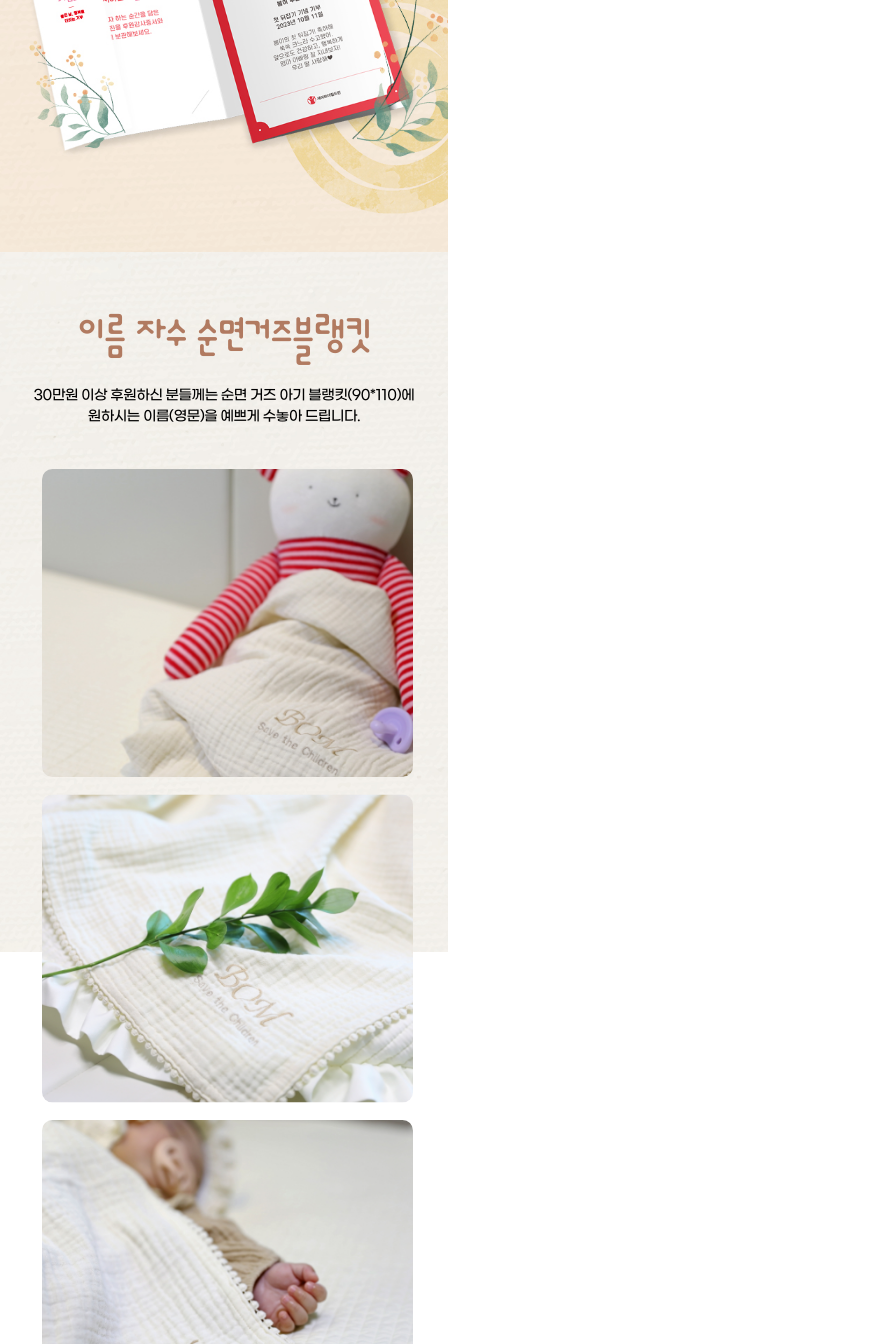
Repository: dlgywls1130/save_children_m
Page: index.html
An editor plug-in stored every save of this project. The page is shown before and after the next save, followed by the edit.
The browser window is 1280 px wide. The pictures show the part of the page from y = 4580 to 6500 px (the page is 9980 px tall), at 70% of full size.

Above is the page before, as saved 2023-12-13 20:03:49.

### index.html
<!DOCTYPE html>
<html lang="en">
<head>
    <meta charset="UTF-8">
    <meta name="viewport" content="width=device-width, initial-scale=1.0">
    <title>세이브더칠드런</title>

    <link rel="stylesheet" href="./css/reset.css">
    <link rel="stylesheet" href="./css/style.css">

</head>
<body>
    <div class="content_body">
        <section class="section_wrapper section01">
            <div class="se01 se_wrapper">
                <div class="se01_sub">
                    <div class="sub_logo">
                        <img src="./img/logo01.png" alt="logo">
                    </div>
                    <p>우리 아기 좋은 날 기부</p>
                </div>
                <p class="seo01_title">
                    아가야,
                </p>
                <p class="seo01_title_two">
                    너의 <span id="rollingText">탄생</span> 순간을 축하해!
                </p>
                <p class="section_descript mb-45">
                    아이의 건강과 행복을
                    <br>바라는 마음을 담아,
                    <br>탄생, 백일, 첫 걸음마, 첫돌 등
                    <br>내 아이의 소중한 순간을
                    <br>기부로 기념해보세요.
                    <br>함께 자라나는 다른 아이들
                    <br>에게도 큰 축복이 됩니다..
                </p>

                <a class="donation_link" href="javascript:void(0)">우리 아기 좋은 날 기부</a>
            </div>
        </section>
        <section class="section_wrapper section02">
            <div class="se02 se_wrapper">
                <div class="postit_wrapper">
                    <div class="postit postit01">
                        <p>우리 아들 우현이의<br>
                        200일을 축하해.<br>
                        건강하게 자라줘서 고마워 ❤<br>
                        늘 사랑받고 받은 사랑만큼<br>
                        베풀 수 있는 건강하고<br>
                        멋진 아들이 되길 바래!</p>
                    </div>
                    <div class="postit postit02">
                        <p>우리 새로아<Br>
                        백일 동안 무럭무럭 자라줘서<Br>
                        고마워~앞으로도 건강하고<Br>
                        우리 같이 재미있게 많이 놀자.<Br>
                        엄마,아빠가 많이 사랑해.</p>
                    </div>

                    <div class="postit postit05">
                        <p>사랑하는 도현이의<br>
                        첫 어린이날과 첫돌을<br>
                        기념하며, <br>
                        이웃을 사랑하는<br>
                        멋진 사람으로 자라길</p>

                    </div>
                    <div class="postit postit04">
                        <p>보미야<br>
                        첫 번째 생일 축하해<br>
                        너의 존재가 온 세상에<br>
                        봄이길 바랄게!   </p>
                    </div>

                    <div class="postit postit03">
                        <p>서진아<br>
                        우리에게 와줘서 고마워<br>
                        건강하고 행복하게 자라렴.<br>
                        사랑해♡      </p>
                    </div>

                </div>

            </div>
        </section>
        <section class="section_wrapper section03">
            <div class="se_wrapper se03">
                <div class="se_title_co">
                    아기의 좋은 날을<br> 기념해 주신 모든 분들께
                    <br>후원감사증서를 보내드립니다.
                </div>
                <div class="se_sub_co">
                    후원감사증서는<Br> 아기에게 남기고 싶은 메시지와 아기의 좋은 날이 담긴 사진을<br> 보관할 수 있도록
                    만들어드립니다.<br> 먼 훗날, 아기가 성장해 읽게 될 날을 그리며 편지를 써보세요.
                </div>
            </div>

        </section>
        <section class="section_wrapper section04">
            <div class="se_wrapper se04">
                <div class="se_title_co">
                    이름 자수 순면거즈블랭킷
                </div>
                <div class="se_sub_co">
                    30만원 이상 후원하신 분들께는 순면 거즈 아기 블랭킷(90*110)에
                    <Br>원하시는 이름(영문)을 예쁘게 수놓아 드립니다.
                </div>

                <div class="se04_slide mt-85">
                    <div class="se04_slide_list">
                        <img src="./img/slide03.jpg">
                    </div>
                    <div class="se04_slide_list">
                        <img src="./img/slide01.jpg">
                    </div>
                    <div class="se04_slide_list">
                        <img src="./img/slide02.jpg">
                    </div>

                </div>
            </div>
        </section>
        <section class="section_wrapper section05">
            <div class="se_wrapper se05">
                <div class="se_title_co">
                    후원신청 과정
                </div>


                <div class="se_sub_co">
                    30만원 이상 후원해 주신 경우,
                    <br>감사 선물 수령 주소 및 아기 블랭킷에 새겨질 문구 확인을 위한 문자가 발송됩니다.
                </div>

                <div class="se_step_list">
                    <div class="se_step">
                        <p class="step_number">1</p>
                        <div class="step_ico">
                            <img src="./img/icon01.png" alt="img">
                        </div>
                        <p class="step_descript">
                            후원신청하기
                        </p>
                    </div>
                    <div class="se_step">
                        <p class="step_number">2</p>
                        <div class="step_ico">
                            <img src="./img/icon02.png" alt="img">
                        </div>
                        <p class="step_descript">
                            후원감사증서
                            메시지 적기
                        </p>
                    </div>
                </div>
                <div class="se_step_list">
                    <div class="se_step">
                        <p class="step_number">3</p>
                        <div class="step_ico">
                            <img src="./img/icon03.png" alt="img">
                        </div>
                        <p class="step_descript">
                            신청완료
                        </p>
                    </div>
                    <div class="se_step">
                        <p class="step_number">4</p>
                        <div class="step_ico">
                            <img src="./img/icon04.png" alt="img">
                        </div>
                        <p class="step_descript">
                            후원감사증서 발송
                            (1주 이내)
                        </p>
                    </div>
                </div>


                <a class="donation_link" href="javascript:void(0)">우리 아기 좋은 날 기부</a>
            </div>

        </section>
        <section class="section_wrapper section06">
            <div class="se_wrapper se06">
                <div class="se_title_co">
                    후원금, 이렇게 쓰여요!
                </div>
                <div class="se_sub_co">
                    세이브더칠드런은 <Br><span>국내외 아동을 위한 교육,
                    <Br>보호, 보건영양지원,<Br> 아동권리옹호</span> 등의<Br> 활동을 해나가고 있습니다.
                </div>
                <div class="se_sub_co">
                    보내주신 후원금은<Br> 정치, 종교, 인종에 관계없이<Br> 모든 아이를 구해야 한다는
                    <Br>세이브더칠드런의 신념에 따라 <Br><span>가장 도움 필요한 아이를 위해 우선 사용</span>됩니다.
                </div>
            </div>

        </section>
        <section class="section_wrapper section07">
            <div class="se_wrapper se07">
                <div class="se_title_co">
                    FAQ
                </div>
                <div class="accordion">
                    <div class="accordion-item">
                        <h3 class="title">
                            <span>1. 30만원 이상 후원했습니다. <br>거즈 순면 블랭킷은 언제 오나요?</span>
                            <img src="./img/top.png">
                        </h3>
                        <p class="paragraph">
                            우리아기 축하기부로 30만원 이상 후원자님들께는 담요에 수놓을 아기 이름과
                            선물 수령 주소 확인을 위한 문자가 발송됩니다.
                            02-6900-4479로 발송되는 문자 속 설문조사에 답해주세요.
                            확인을 완료하신 분들께는 블랭킷 제작을 담당하고 있는 조니 스튜디오에서
                            아기 이름 자수 작업 완료 후 배송해 드립니다.

                        </p>
                    </div>
                    <div class="accordion-item">
                        <h3 class="title">
                            <span>2. 거즈 순면 블랭킷, 안전한 제품인가요?</span>
                            <img src="./img/top.png">
                        </h3>
                        <p class="paragraph">
                            본 블랭킷은 워싱된 3중 거즈로 제작되었으며, KC안전검사를 완료하였습니다.
                            소재 특성상 섬유 조각이 발생할 수 있어 망에 넣지 않고 3번 정도 물빨래 하시는 것을 권장합니다.

                        </p>
                    </div>
                    <div class="accordion-item">
                        <h3 class="title">
                            <span>3. 거즈 순면 블랭킷을 받았는 데 하자가 있어요. <Br>어떻게 해야 하나요? </span>
                            <img src="./img/top.png">
                        </h3>
                        <p class="paragraph">
                            070-4220-4123 (조니스튜디오 CS)로 전화 연락 부탁드립니다. 하자 물품에 대한 교환은 수령일로부터 7일 이내에 조니스튜디오에 연락해주셔야 하며, 이로 인한 후원금 환불은 어렵습니다.
                        </p>
                    </div>
                    <div class="accordion-item">
                        <h3 class="title">
                            <span>4. 후원감사증서에 넣을 수 있는 사진 사이즈는 <Br>얼마인가요?</span>
                            <img src="./img/top.png">
                        </h3>
                        <p class="paragraph">
                            사진 인화 사이즈 5*7 인치에 맞추어서 제작되었습니다.  그보다 작은 사진일 경우, 후원감사증서
                            내부의 주머니에 넣어 보관하실 수도  있습니다.

                        </p>
                    </div>
                </div>
            </div>

        </section>
        <section class="section_wrapper section08">
            <div class="se_wrapper se08">
                <div class="se08_postion">
                    <p class="se08_title">우리 아기 좋은 날 기부</p>
                    <p class="se08_descript">
                        탄생, 백일, 첫 걸음마, 첫돌...
                        <br>소중한 우리 아기의 성장을 기념해 보세요!
                        <br>아기의 좋은 날이 모여 세상의 행복이 됩니다.
                    </p>
                    <a href="javascript:void(0)" class="more_btn">
                        <p>자세히보기</p>
                        <svg xmlns="http://www.w3.org/2000/svg" width="16" height="16" fill="currentColor" class="bi bi-chevron-right" viewBox="0 0 16 16">
                            <path fill-rule="evenodd" d="M4.646 1.646a.5.5 0 0 1 .708 0l6 6a.5.5 0 0 1 0 .708l-6 6a.5.5 0 0 1-.708-.708L10.293 8 4.646 2.354a.5.5 0 0 1 0-.708z"/>
                        </svg>
                    </a>
                </div>

            </div>
        </section>
    </div>

    <script src="https://ajax.googleapis.com/ajax/libs/jquery/1.12.4/jquery.min.js"></script>
    <script src="./js/main.js"></script>
</body>
</html>

### css/reset.css


html, body, div, span, applet, object, iframe,
h1, h2, h3, h4, h5, h6, p, blockquote, pre,
a, abbr, acronym, address, big, cite, code,
del, dfn, em, img, ins, kbd, q, s, samp,
small, strike, strong, sub, sup, tt, var,
b, u, i, center,
dl, dt, dd, ol, ul, li,
fieldset, form, label, legend,
table, caption, tbody, tfoot, thead, tr, th, td,
article, aside, canvas, details, embed,
figure, figcaption, footer, header, hgroup,
menu, nav, output, ruby, section, summary,
time, mark, audio, video {
	margin: 0;
	padding: 0;
	border: 0;
	font-size: 100%;
	font: inherit;
	vertical-align: baseline;
}

article, aside, details, figcaption, figure,
footer, header, hgroup, menu, nav, section {
	display: block;
}
body {
	line-height: 1;
}
ol, ul {
	list-style: none;
}
blockquote, q {
	quotes: none;
}
blockquote:before, blockquote:after,
q:before, q:after {
	content: '';
	content: none;
}
table {
	border-collapse: collapse;
	border-spacing: 0;
}

### css/style.css

/* root */
:root{
    --main-color:#B17A60;
    --pink-color:#F79497;
}


/* font */

/* dongle */
@font-face {
    font-family: 'Dongle';
    font-weight: 300;
    src: url('../font/Dongle-Light.ttf') format('ttf'),
    url('../font/Dongle-Light.woff') format('woff');
}

@font-face {
    font-family: 'Dongle';
    font-weight: 500;
    src: url('../font/Dongle-Regular.ttf') format('ttf'),
    url('../font/Dongle-Regular.woff') format('woff');
}

@font-face {
    font-family: 'Dongle';
    font-weight: 700;
    src: url('../font/Dongle-Bold.ttf') format('ttf'),
    url('../font/Dongle-Bold.woff') format('woff');
}


/* Gmarket */
@font-face {
    font-family: 'GmarketSans';
    font-weight: 300;
    src: url('../font/GmarketSansLight.ttf') format('ttf'),
    url('../font/GmarketSansLight.woff') format('woff');
}

@font-face {
    font-family: 'GmarketSans';
    font-weight: 500;
    src: url('../font/GmarketSansMedium.ttf') format('ttf'),
    url('../font/GmarketSansMedium.woff') format('woff');
}

@font-face {
    font-family: 'GmarketSans';
    font-weight: 700;
    src: url('../font/GmarketSansBold.ttf') format('ttf'),
    url('../font/GmarketSansBold.woff') format('woff');
}


/* nanumsqure */

@font-face {
    font-family: 'NanumSquare';
    font-weight: 400;
    src: url('../font/NanumSquareL.ttf') format('ttf'),
    url('../font/NanumSquareL.woff') format('woff');
}

@font-face {
    font-family: 'NanumSquare';
    font-weight: 500;
    src: url('../font/NanumSquareR.ttf') format('ttf'),
    url('../font/NanumSquareR.woff') format('woff');
}

@font-face {
    font-family: 'NanumSquare';
    font-weight: 600;
    src: url('../font/NanumSquareB.ttf') format('ttf'),
    url('../font/NanumSquareB.woff') format('woff');
}

@font-face {
    font-family: 'NanumSquare';
    font-weight: 700;
    src: url('../font/NanumSquareEB.ttf') format('ttf'),
    url('../font/NanumSquareEB.woff') format('woff');
}



/* scdream5 */
@font-face {
    font-family: 'SCDream5';
    src: url('../font/SCDream5.woff') format('woff'),
    url('../font/SCDream5.ttf') format('ttf'),
    url('../font/SCDream5.otf') format('otf');
}


.section_wrapper{
    max-width:640px;
    width: 100%;

}

.se_wrapper{
    max-width: 640px;
    width: 100%;
    position: relative;
    box-sizing: border-box;
}


/* section01 */


.section01{
    background: url('../img/back01.jpg') no-repeat;
    height: 940px;

}

.se01{
    padding: 145px 10px 92px 60px;
    box-sizing: border-box;
}
.se01_sub{
    display: flex;
    align-items: center;
    margin-bottom: 70px;
}

.sub_logo{
    width: 125px;
    height: 40px;
    margin-right: 10px;
}

.sub_logo img{
    width: 100%;
    height: 100%;
    object-fit: contain;
}

.se01_sub p{
    width: 190px;
    height: 30px;
    background: #B17A60;
    border-radius: 15px;
    display: flex;
    align-items: center;
    justify-content: center;
    letter-spacing: -0.03em;
    font-size: 15px;
    font-weight: 700;
    font-family: 'GmarketSans',sans-serif;
    color: #fff;
}

.seo01_title{
    font-family: 'Dongle',sans-serif;
    font-weight: 500;
    font-size: 120px;
    color: var(--main-color);
    letter-spacing: -0.03em;
}

.seo01_title_two{
    font-family: 'Dongle',sans-serif;
    font-weight: 500;
    font-size: 90px;
    color: var(--main-color);
    letter-spacing: -0.03em;
    margin-top: -7%;
    margin-bottom: 50px;
    display: flex;
    align-items: center;
}

.seo01_title_two span{
    margin: 0 1.5rem;
}
.section_descript{
    font-size: 20x;
    line-height: 30px;
    font-family: 'GmarketSans';
    font-weight: 500;
    letter-spacing: -0.03em;
    color: #000;
}

.donation_link{
    width: 300px;
    height: 50px;
    border-radius: 100px;
    display: flex;
    align-items: center;
    justify-content: center;
    background: var(--pink-color);
    color: #fff;
    font-family: 'GmarketSans';
    font-size: 20px;
    font-weight: 700;
    letter-spacing: -0.03em;
    text-decoration: none;
    margin: 145px auto 0;
}


@keyframes roll {
    from {
        transform: translateY(40%);
        opacity: 0;
    }
    to {
        transform: translateY(0);
        opacity: 1;
    }
  }


  #rollingText.animate-text {
    animation: roll 0.5s ease-in-out;
}

/* section02 */

.section02{
    height: 2800px;
    background: url('../img/back02.jpg') no-repeat;
}

.se02{
    box-sizing: border-box;
    height: 100%;
}
.postit_wrapper{
    width: 100%;
    padding: 76px 60px 96px;
    position: relative;
    display: flex;
    flex-direction: column;
    align-items: center;
}

.ex_text{
    font-family: 'GmarketSans';
    font-size: 20px;
    font-weight: 500;
    letter-spacing: -0.03em;
}


.postit p{
    font-family: 'SCDream5';
    font-size: 23px;
    line-height: 35px;
    text-align: center;
    display: flex;
    justify-content: center;
    align-items: center;
    height: 100%;
}

.postit01{
    background:url('../img/post04.png') no-repeat;
    width: 520px;
    height: 520px;
    background-size: contain;
    box-sizing: border-box;
}

.postit01 p{
    transform: rotate(358deg);
    padding-top: 20px;
}

.postit02{
    background: url('../img/post05.png') no-repeat;
    width: 510px;
    height: 510px;
    background-size: contain;
    box-sizing: border-box;
    margin-top: -19%;
}

.postit02 p{
    transform: rotate(10deg);
    padding-top: 20px;
}

.postit03{
    background:url('../img/post02.png') no-repeat;
    width: 459px;
    height: 459px;
    background-size: contain;
    box-sizing: border-box;
    margin-top: -25%;
    transform: rotate(-14deg);
}

.postit03 p{
    transform: rotate(7deg);
    padding-top: 20px;
}

.postit04{
    background: url(../img/post03.png) no-repeat;
    width: 440px;
    height: 440px;
    background-size: cover;
    box-sizing: border-box;
    margin-top: -24%;
    transform: rotate(14deg);
}

.postit04 p{
    transform: rotate(354deg);
}

.postit05{
    background:url('../img/post01.png') no-repeat;
    width: 460px;
    height: 460px;
    background-size: contain;
    box-sizing: border-box;
    margin-top: -22%;
}

.postit05 p{
    transform: rotate(-9deg);
    padding-top: 20px;
}

/* section03 */

.section03{
    height: 1200px;
    background: url('../img/back03.jpg') no-repeat;
}

.se03{
    padding: 200px 60px 96px;
    box-sizing: border-box;
    height: 100%;
}


.se_title_co{
    font-size: 80px;
    line-height: 80px;
    letter-spacing: -0.03em;
    font-family: 'Dongle';
    font-weight: 500;
    color: var(--main-color);
    text-align: center;
}

.se_sub_co{
    font-size: 20px;
    letter-spacing: -0.03em;
    line-height: 30px;
    font-family: 'GmarketSans';
    font-weight: 500;
    text-align: center;
    margin-top: 30px;
}

/* section04 */

.section04{
    height: 1740px;
    background: url('../img/back07.jpg') no-repeat;
}

.se04{
    padding: 80px 0 130px;
    box-sizing: border-box;
    height: 100%;
}

.se04_slide{
    width: 944px;
    margin: 60px auto 0;
    padding: 0 60px;
}


.se04_slide_list{
    width: 530px;
    height: 440px;
    border-radius: 9px;
    margin-bottom: 25px;
}

.se04_slide_list img{
    width:100%;
height: 100%;
object-fit: cover;
border-radius: 15px;
}
/* section05 */
.section05{
    height: 1000px;
    background: url('../img/back04.jpg') no-repeat;
}

.se05{
    padding: 80px 60px 140px;
    box-sizing: border-box;
    height: 100%;
}

.se_step_list{
    display: flex;
    align-content: center;
    margin-top: 20px;
    position: relative;
    flex-wrap: wrap;
    justify-content: space-between;
}


.se_step_list .se_step{
    position: relative;
    display: flex;
    flex-direction: column;
    align-items: center;
}

.step_number{
    font-size: 25px;
    letter-spacing: -0.03em;
    line-height: 35px;
    font-weight: 700;
    font-family: 'GmarketSans';
    position: absolute;
    left: 19%;
    top: 0;
    color: var(--main-color);
    z-index: 2;
}

.se_step_list .se_step .step_ico{
    width: 200px;
    height: 200px;
    border-radius: 50%;
    background-color: #fff;
    display: flex;
    align-items: center;
    justify-content: center;
    position: relative;
    z-index: 1;
}

.se_step_list .se_step .step_ico img {
    width: 138px;
    height: 138px;
    object-fit: contain;
    object-position: 73%;
}

.step_descript{
    font-size: 20px;
    letter-spacing: -0.03em;
    line-height: 23px;
    font-weight: 500;
    font-family: 'GmarketSans';
    text-align: center;
    margin-top: 20px;
    color: var(--main-color);
}


.section05 .donation_link{
    margin: 70px auto 0;
}


/* section06 */
.section06{
    height:800px;
    background: url('../img/back05.jpg') no-repeat;
}

.se06{
    padding: 155px 0;
    height: 100%;
    box-sizing: border-box;
}


.se_sub_co span{
    font-weight: 700;
}
/* section07 */

.section07{
    height:1000px;
    background: url('../img/back02.jpg') no-repeat;
}

.se07{
    padding: 100px 0;
    height: 100%;
    box-sizing: border-box;
}


.accordion{
    margin-top: 38px;
}
.accordion-item {
    padding:15px 30px;
    margin: 0;
    overflow: hidden;
}

.accordion-item .title {
    display: flex;
    justify-content: space-between;
    align-items: center;
    font-weight: 700;
    font-size: 20px;
    line-height: 30px;
    letter-spacing: -0.03em;
    cursor: pointer;
    width: 100%;
    height: 100px;
    border-radius: 50px;
    background-color: #fff;
    color: var(--main-color);
    padding: 0 50px;
    font-family: 'GmarketSans';
    box-sizing: border-box;
    text-indent: -10px;
}

.accordion-item .title img {
    font-size: 0.9rem;
    color: #454545;
    transform: rotate(0);
    transition: transform 0.15s ease;
}

.accordion-item .paragraph {
    font-weight: 500;
    font-size: 20px;
    letter-spacing: -0.03em;
    color: #000;
    display: none;
    padding: 30px 35px 15px;
    list-style: inside;
    line-height: 30px;
    font-family: 'GmarketSans';
}

.accordion-item .paragraph .indent{
    text-indent: 1rem;
}


.accordion-item .paragraph span{
    font-weight: bold;
}

.accordion-item.active .title img{
    transform: rotate(180deg);
}

.accordion-item.active .paragraph {
    display: block;
}


/* section08 */

.section08{
    height:500px;
    background: url('../img/banner.jpg') no-repeat;
}
.se08{
    position: relative;
    height: 100%;
}

.se08_postion{
    display: flex;
    align-items: center;
    justify-content: center;
    flex-direction: column;
    height: 100%;
}

.se08_title{
    font-family: 'NanumSquare';
    font-weight: 600;
    font-size: 30px;
    letter-spacing: -0.05em;
    line-height: 50px;
    position: relative;
    text-align: center;
    margin-bottom: 30px;
}



.se08_descript{
    font-family: 'NanumSquare';
    font-weight: 500;
    font-size: 20px;
    line-height: 30px;
    letter-spacing: -0.05em;
    text-align: center;
}

.more_btn{
    margin-top: 38px;
    width: 150px;
    height: 40px;
    background: #543F2C;
    display: flex;
    align-items: center;
    justify-content: center;
    text-decoration: none;
}

.more_btn p{
    font-family: 'NanumSquare';
    font-weight: 500;
    font-size: 18px;
    color: #fff;

}

.more_btn svg{
    fill: #fff;
}

Loaded but not shown: js/main.js (46 lines, source omitted)

After the next save:
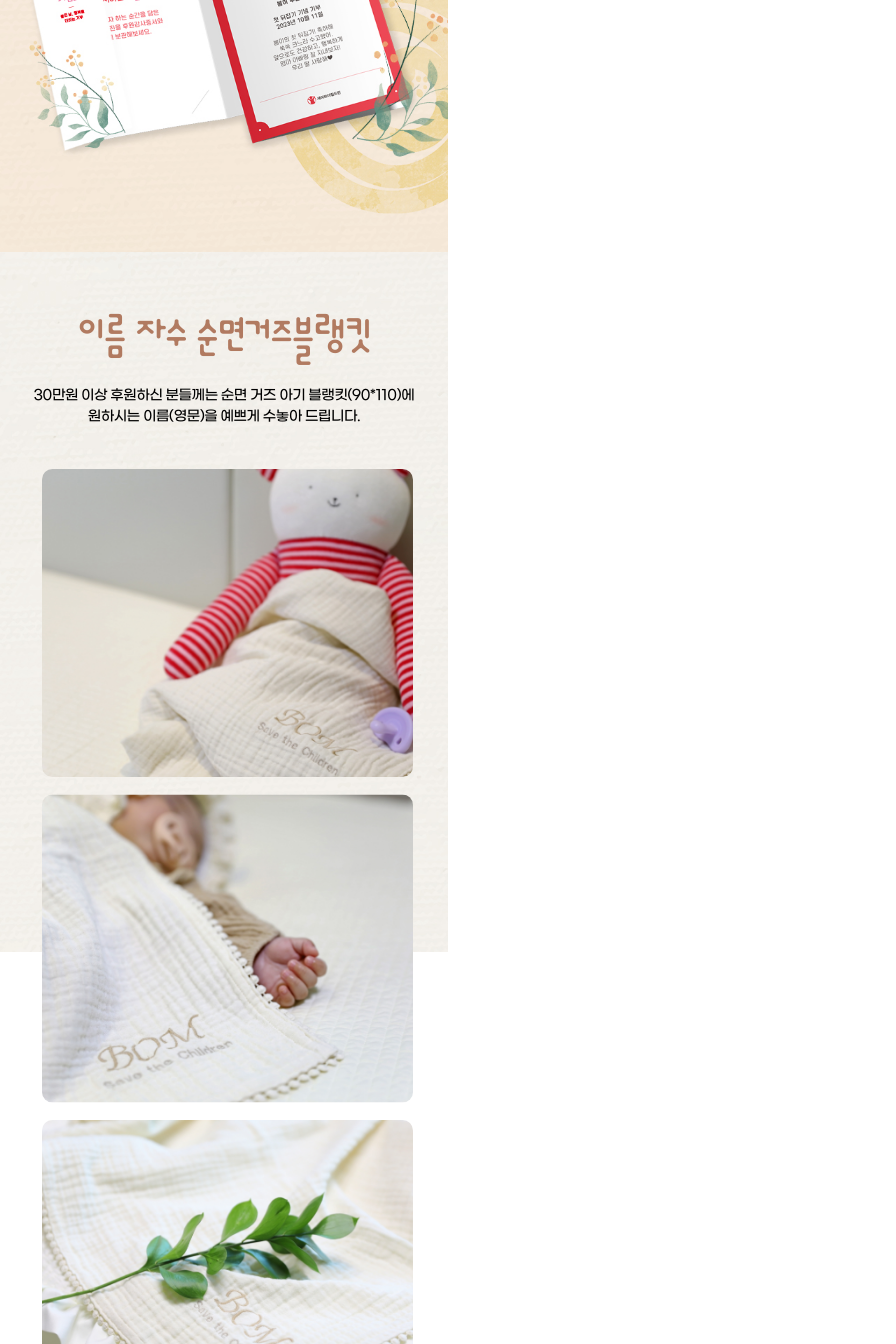
Saved 13 s later.
--- a/index.html
+++ b/index.html
@@ -111,12 +111,11 @@
                         <img src="./img/slide03.jpg">
                     </div>
                     <div class="se04_slide_list">
+                        <img src="./img/slide02.jpg">
+                    </div>
+                    <div class="se04_slide_list">
                         <img src="./img/slide01.jpg">
                     </div>
-                    <div class="se04_slide_list">
-                        <img src="./img/slide02.jpg">
-                    </div>
-
                 </div>
             </div>
         </section>
